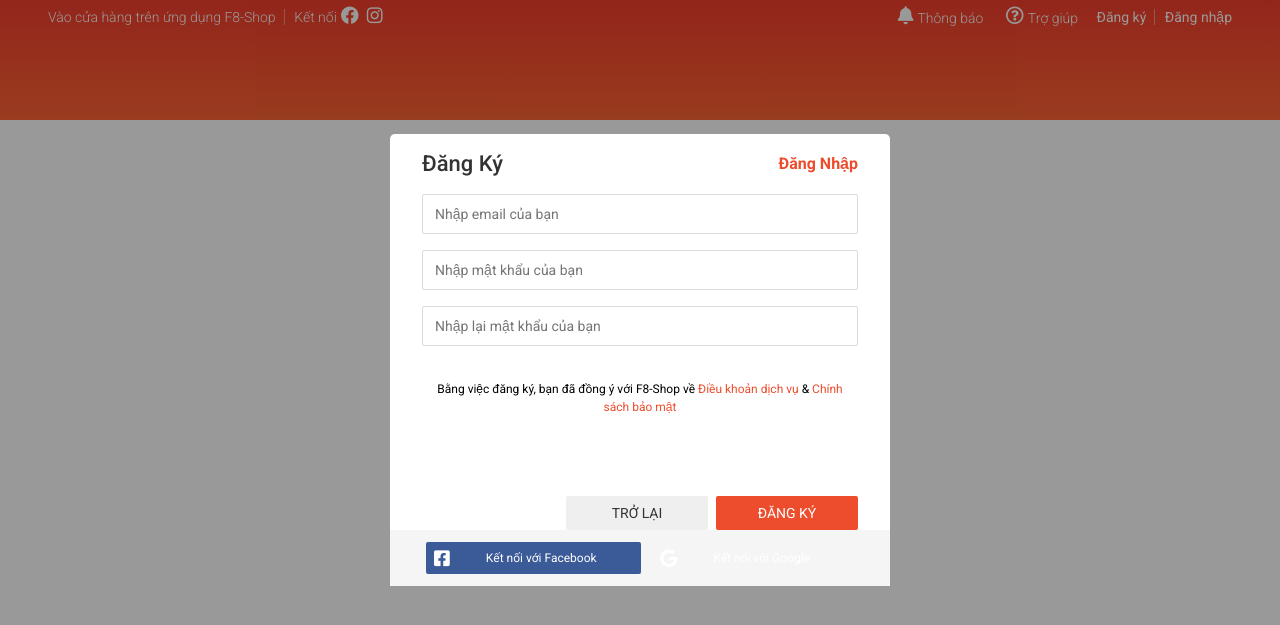
Repository: huynhnhan112/Shopee_Homepage
Page: index.html
An editor plug-in stored every save of this project. The page is shown before and after the next save, followed by the edit.
The browser window is 1280 px wide. The pictures show the whole page.

Above is the page before, as saved 2021-11-19 16:24:17.

After the next save:
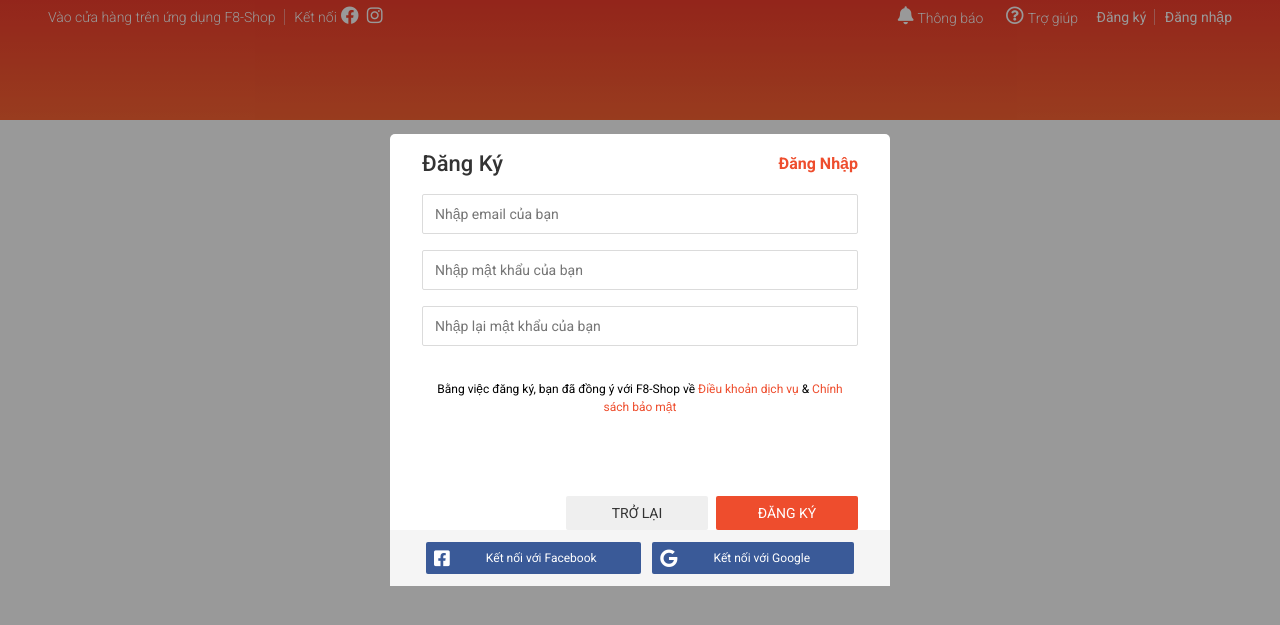
Saved 21 s later.
--- a/assets/css/style.css
+++ b/assets/css/style.css
@@ -336,6 +336,11 @@
     color: var(--white-color);
 }
 
+.auth-form__socials a:last-child {
+    background-color: #3a5a98;
+    color: var(--white-color);
+}
+
 .auth-form__socials span{
     margin: 0 36px;
 }
